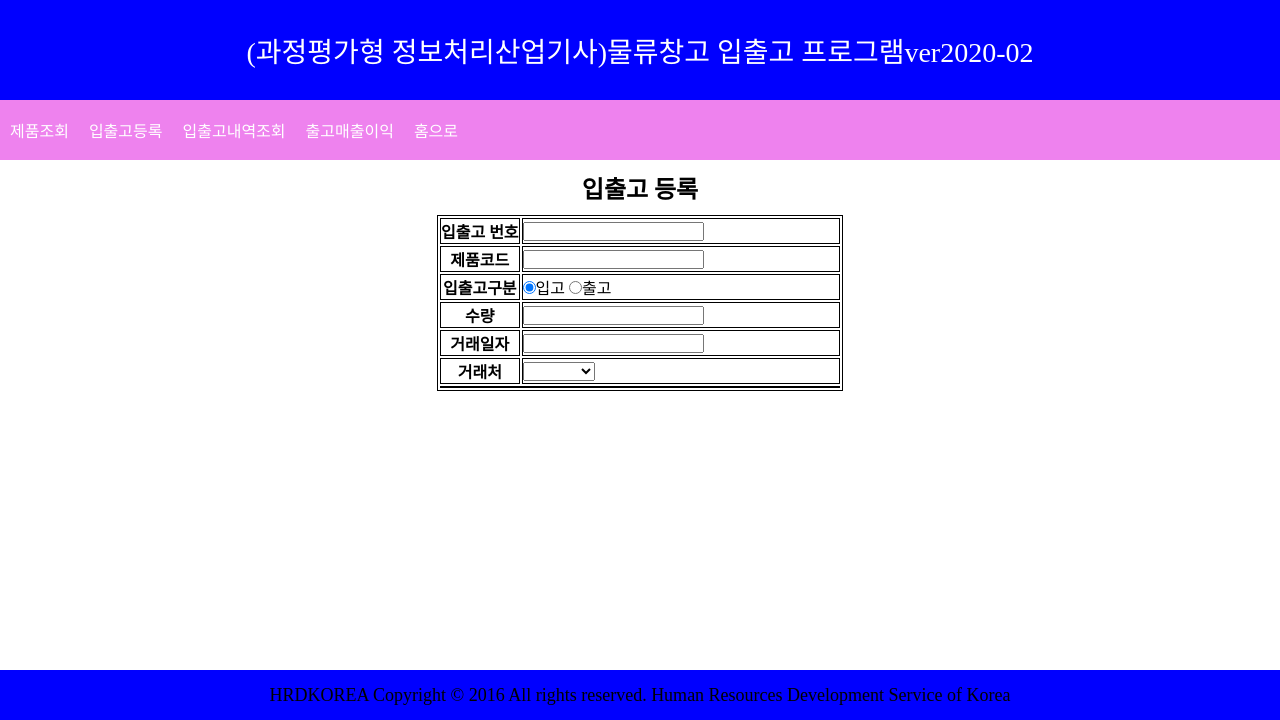
Repository: anakyn01/2_two
Page: http://localhost/cbq_1/two.jsp
An editor plug-in stored every save of this project. The page is shown before and after the next save, followed by the edit.
The browser window is 1280 px wide. The pictures show the whole page.
The page is served by Tomcat 9. Other server files are loaded and not shown.

Above is the page before, as saved 2024-12-11 06:26:46.

### exam/cbq_1/src/main/webapp/two.jsp
<%@ page language="java" contentType="text/html; charset=UTF-8"
    pageEncoding="UTF-8"%>
<jsp:include page="include/header.jsp" flush="false" />

<h1>입출고 등록</h1>

<table>
<colgroup>
<col style="width:20%"/>
<col style="width:80%"/>
</colgroup>

<tr>
<th>입출고 번호</th><td><input type="text" name="t_no"/></td>
</tr>
<tr>
<th>제품코드</th><td><input type="text" name="p_code"/></td>
</tr>
<tr>
<th>입출고구분</th>
<td>
<input type="radio" name="t_type" value="입고" checked/>입고
<input type="radio" name="t_type" value="출고"/>출고
</td>
</tr>
<tr>
<th>수량</th><td><input type="text" name="t_cnt"/></td>
</tr>
<tr>
<th>거래일자</th><td><input type="text" name="t_date"/></td>
</tr>
<tr>
<th>거래처</th>
<td>
<select name="c_code">
<option value=""></option>
<option value="서울공장">서울공장</option>
</select>
</td>
</tr>
<tr>
<th colspan="2"></th>
</tr>

</table>

<jsp:include page="include/footer.jsp" flush="false" />

### exam/cbq_1/src/main/webapp/include/header.jsp
<%@ page language="java" contentType="text/html; charset=UTF-8"
    pageEncoding="UTF-8"%>
<!DOCTYPE html>
<html>
<head>
<meta charset="UTF-8">
<title>물류창고 입출고 프로그램</title>
<link rel="stylesheet" href="css/style.css"/>
</head>
<body>
<header>
(과정평가형 정보처리산업기사)물류창고 입출고 프로그램ver2020-02
</header>
<nav>
<ul class="nav">
<li><a href="one.jsp">제품조회</a></li>
<li><a href="two.jsp">입출고등록</a></li>
<li><a href="three.jsp">입출고내역조회</a></li>
<li><a href="four.jsp">출고매출이익</a></li>
<li><a href="/">홈으로</a></li>
</ul>
</nav>

### exam/cbq_1/src/main/webapp/include/footer.jsp
<%@ page language="java" contentType="text/html; charset=UTF-8"
    pageEncoding="UTF-8"%>
<footer>
HRDKOREA Copyright &copy; 2016 All rights reserved. Human Resources Development Service of Korea
</footer>
</body>
</html>

### exam/cbq_1/src/main/webapp/css/style.css
@charset "UTF-8";

html, html * {
margin:0; padding:0; box-sizing:border-box;
}
header{
width:100%; background-color:blue;
height:100px; color:white; font-size:28px;
display:flex; justify-content:center; align-items:center;
}
nav{
width:100%;	background-color:violet; height:60px; font-size:16px; height:60px;
}
.nav{
width:100%;	height:60px; display:flex; justify-content:flex-start; align-items:center;
}
ul,ol,li{list-style:none; }
.nav li a {
height:60px; display:flex; align-items:center; padding:0px 10px; color:white
}
a {text-decoration:none; }

h1{text-align:center; font-size:24px; margin:10px 0px;}

table{
border:1px solid;
}

table, tr, td, th {
border-collapse:separate;
margin:0 auto;
border:1px solid;
}

footer{
width:100%; background-color:blue;
height:50px; font-size:18px;
display:flex; justify-content:center; align-items:center;
position:fixed; z-index:2; right:0; bottom:0;
}

After the next save:
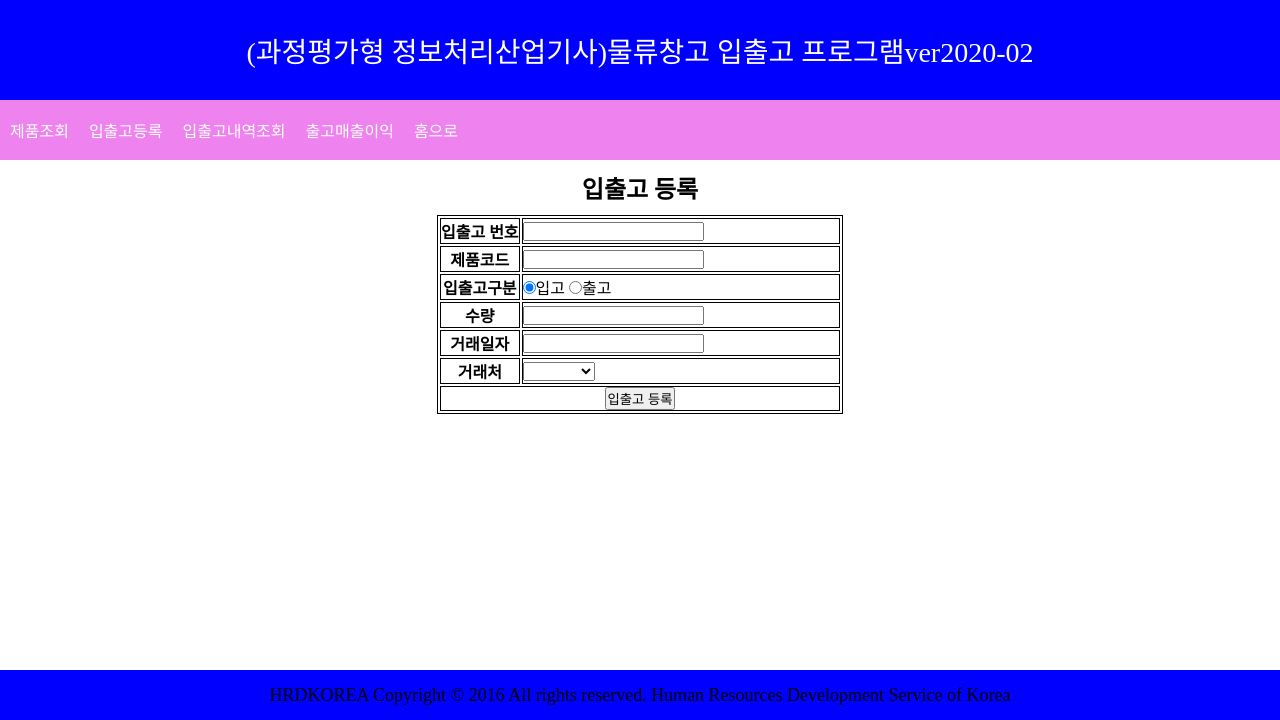
Saved 35 s later.
--- a/exam/cbq_1/src/main/webapp/two.jsp
+++ b/exam/cbq_1/src/main/webapp/two.jsp
@@ -39,7 +39,9 @@
 </td>
 </tr>
 <tr>
-<th colspan="2"></th>
+<th colspan="2">
+<input type="submit" value="입출고 등록"/>
+</th>
 </tr>
 
 </table>
